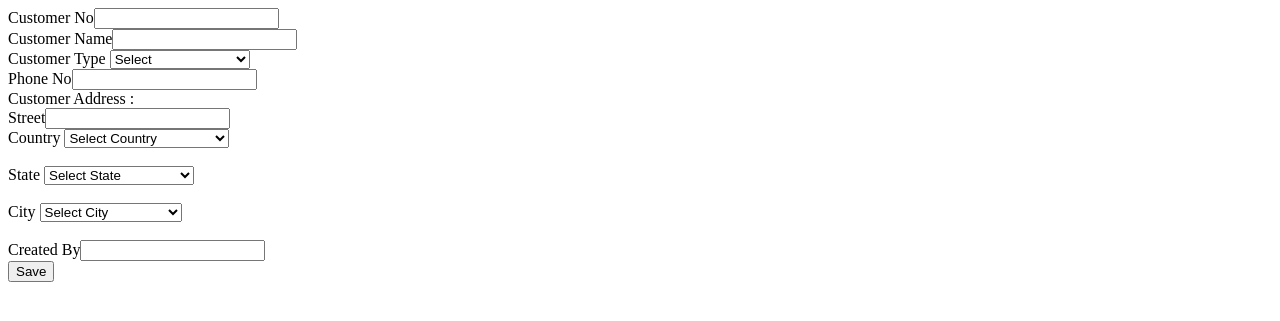
Repository: Mahesh2114/Project
Page: http://localhost/bms/save.jsp
The author's editor kept a copy of each file at every save. The page is drawn from the files as they stood at one save, then again after the next save.
The browser window is 1280 px wide. The pictures show the whole page.
The page is served by Tomcat 9.

Above is the page before, as saved 2021-12-07 04:07:57.

After the next save:
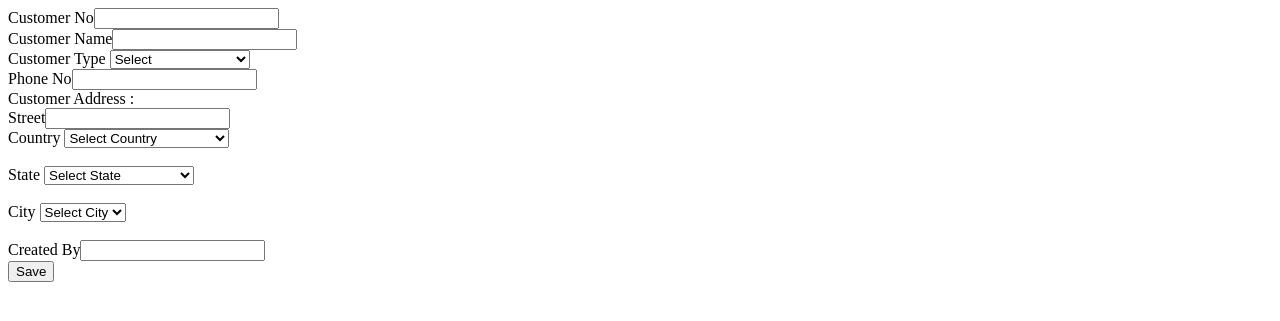
Saved 23 s later.
--- a/Project1/bms/src/main/webapp/save.jsp
+++ b/Project1/bms/src/main/webapp/save.jsp
@@ -51,7 +51,6 @@
 			<label>City</label>
 			<select name="City" id="City">
 				<option selected="" value="-1" disabled="">Select City</option>
-				<option value="">Please Select a City</option>
 			</select>
 		</div><br>
 		<div>
